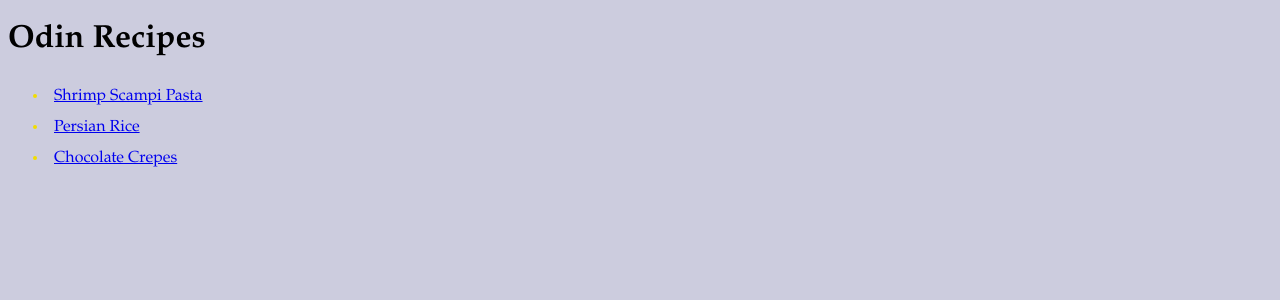
Repository: Mervens/odin-recipes
Page: index.html
An editor plug-in stored every save of this project. The page is shown before and after the next save, followed by the edit.
The browser window is 1280 px wide. The pictures show the whole page.

Above is the page before, as saved 2025-06-23 19:15:34.

After the next save:
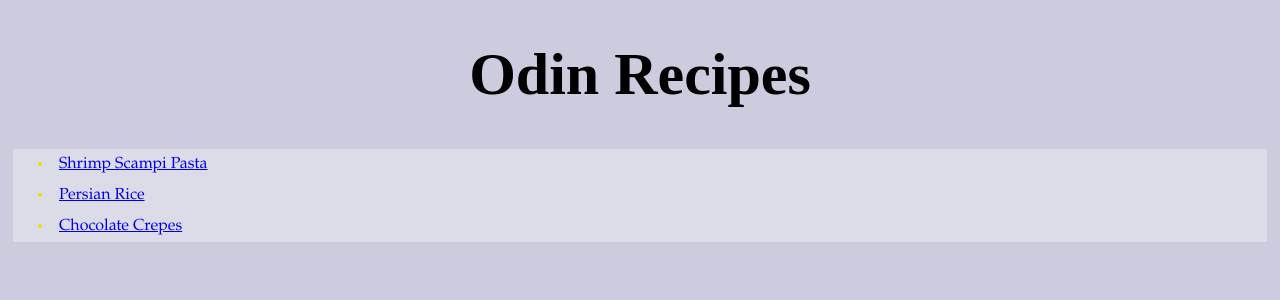
Saved 2 s later.
--- a/index.html
+++ b/index.html
@@ -9,8 +9,8 @@
 </head>
 
 <body>
-    <h1>Odin Recipes</h1>
-    <ul>
+    <h1 class="header">Odin Recipes</h1>
+    <ul id="recipe-link">
         <li class="recipe"><a href="./recipes/pasta.html">Shrimp Scampi Pasta</a></li>
         <li class="recipe"><a href="./recipes/persian-rice.html">Persian Rice</a></li>
         <li class="recipe"><a href="./recipes/crepe.html">Chocolate Crepes</a></li>
